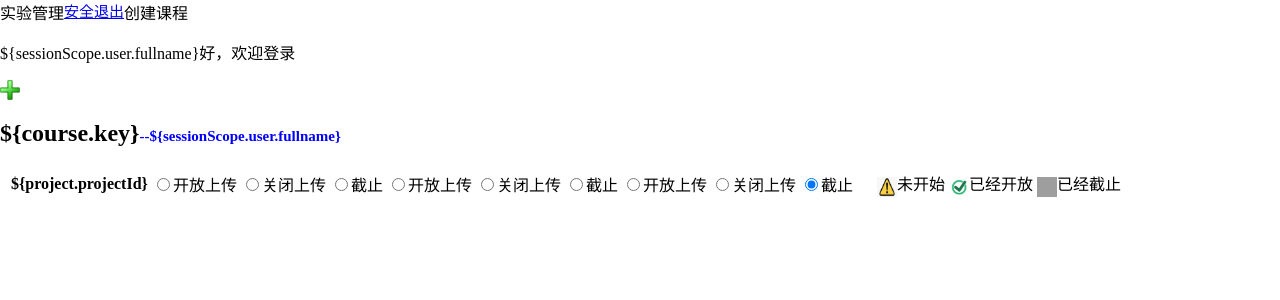
Repository: IAmJiangWenHao/ReportServer
Page: web/demo.html
An editor plug-in stored every save of this project. The page is shown before and after the next save, followed by the edit.
The browser window is 1280 px wide. The pictures show the whole page.
Pictures or frames that could not be fetched are drawn as grey boxes.

Above is the page before, as saved 2023-05-19 17:53:28.
Console error: ReferenceError: requests is not defined

### web/demo.html
<!-- <%@page import="com.report.javabeans.ExpClass"%>
<%@page import="com.report.javabeans.Project"%>
<%@page import="com.report.javabeans.User"%>
<%@page import="java.util.ArrayList"%>
<%@page import="java.io.File"%>
<%@page import="java.util.List"%>
<%@page import="java.net.URLEncoder"%>
<%@page import="java.util.Map"%>
<%@page isELIgnored="false"%>
<%@page contentType= "text/html; charset=UTF-8" pageEncoding="UTF-8"%>

<%@ taglib uri="http://java.sun.com/jsp/jstl/core" prefix="c" %>
<%@ taglib uri="/tlds/reporttag_library" prefix="mytag" %> -->
<!--script type="text/javascript" src="${pageContext.request.contextPath}/script/scriptV1.js?v=1.0"></script-->
<!DOCTYPE html>
<html>
  <!-- <%
    response.setHeader("Pragma", "no-cache");
    response.addHeader("Cache-Control", "must-revalidate");
    response.addHeader("Cache-Control", "no-cache");
    response.addHeader("Cache-Control", "no-store");
    response.setDateHeader("Expires", 0);
  %> -->
  <head>
    <meta http-equiv="Content-Type" content="text/html; charset=UTF-8">
    <title>实验上传系统 </title>

  </head>

  <body style="margin: 0;">
    <!-- ${mytag:LoadCourseProject(pageContext.request,pageContext.response)} -->
    <script>

      window.onload = function () {//Ajax实现更新项目状态
        var ratios = document.getElementsByTagName("input");//获取所有input（本页面的input只有单选按钮）
        var map = new Map();//记录单选按钮旧值
        for (var i = 0; i < ratios.length; i++) {
          map.set((i + 1).toString(), ratios[i].checked);
          //oninput事件在input的值发生改变时触发，这里监听单选按钮值得改变
          ratios[i].oninput = function () {
            var r = false;
            if (this.value === "deadline") {//是否选择截止
              //是否确认修改
              r = confirm("截止后不可再设置，确定截止？");
            }
            //取消截止
            if (this.value === "deadline" && r === false) {
              var list = document.getElementsByName(this.name);
              for (var j = 0; j < list.length; j++)
                list[j].checked = map.get(list[j].id);
              return;
            }
            ratioName = this.name;
            //确定截止，不允许再更改状态
            if (this.value === "deadline") {
              var list = document.getElementsByName(this.name);
              for (var j = 0; j < list.length; j++)
              {
                list[j].disabled = "disable";
                map.set(list[j].id, list[j].checked);
              }
            } else {
              var list = document.getElementsByName(this.name);
              for (var j = 0; j < list.length; j++)
                map.set(list[j].id, false);
              map.set(this.id, this.checked);
            }
            var formData = new FormData();//FormData 对象
            var course = ratioName.substr(0, ratioName.indexOf("-"));
            var project = ratioName.substr(ratioName.indexOf("-") + 1, ratioName.length - 1);
            //添加KV
            formData.append("project", project);//项目
            formData.append("course", course); //课程名
            formData.append("status", this.value);//状态
            var cell = document.getElementById(this.name);
            //显示实验项目状态提示信息
            cell.innerHTML = "&nbsp;&nbsp;&nbsp;&nbsp;&nbsp;";
            if (this.value === "open")
              cell.innerHTML += "<img style=\"vertical-align: middle;height:20px;width:20px\" src=\"./img/check.jpg\"/>已经开放";
            if (this.value === "close")
              cell.innerHTML += "<img style=\"vertical-align: middle;height:20px;width:20px\" src=\"./img/undone.png\"/>未开始";
            if (this.value === "deadline")
              cell.innerHTML += "<img style=\"vertical-align: middle;height:20px;width:20px\" src=\"./img/deadline.jpg\"/>已截止";
            //1.创建请求对象
            const xhr = new XMLHttpRequest();
            //2.设置请求行，这里用post(get请求数据写在url后面)
            //updateProject.do实现后端更新
            xhr.open("post", getAppPath() + "/updateProject.do");
            //3.设置请求头(get请求可以省略,post不发送数据也可以省略)
            //xhr.setRequestHeader("Content-type","application/x-www-form-urlencoded");
            // 用formData可以不写请求头，写了无法正常上传文件
            //4.请求主体发送(get请求为空，或者写null，post请求数据写在这里，
            //如果没有数据，直接为空或者写null)
            xhr.send(formData);
            //注册回调函数
            xhr.onload = function ()
            {
              if (xhr.readyState === 4)
              {
                if (xhr.status >= 200 && xhr.status <= 300)
                { //判断响应码 2XX 表示成功
                  console.log(xhr.response.toString());
                } else
                  console.log("响应码：" + xhr.status); //状态码
              } else
                console.log(xhr.readyState);
              ;
            };
          };
        }
        ;
      };
    </script>
    <script>
      function getAppPath() {
        //获取当前URL
        var curURL = window.document.location.href;
        //获取主机地址之后的路径部分（就是文件地址）
        var pathName = window.document.location.pathname;
        var pos = curURL.indexOf(pathName);
        //获取应用地址
        var host = curURL.substring(0, pos);
        //获取带"/"的应用名，如：/***
        var webAppName = pathName.substring(0, pathName.substr(1).indexOf('/') + 1);
        return host + webAppName;
      }
    </script>
    <script>
        session = requests.session ()
      var isIE = /msie/i.test(navigator.userAgent) && !window.opera;
      function fileChange(target, type) {
        var fileSize = 0;
        var filepath = target.value;
        var filemaxsize = 1024 * 5;//5M
        var flag = -1;
        if (filepath) {
          var fileend = filepath.substring(filepath.lastIndexOf("."));
          // alert(fileend);
          if (type && type.length > 0) {
            //alert(fileend.indexOf(type));
            if (fileend !== ".xlsx") {
              alert("只接受xlsx类型的文件！");
              target.value = "";
              return false;
            }
          }
        } else {
          return false;
        }
        if (isIE && !target.files) {
          var filePath = target.value;
          var fileSystem = new ActiveXObject("Scripting.FileSystemObject");
          if (!fileSystem.FileExists(filePath)) {
            alert("附件不存在，请重新输入！");
            return false;
          }
          var file = fileSystem.GetFile(filePath);
          fileSize = file.Size;
        } else {
          fileSize = target.files[0].size;
        }

        var size = fileSize / 1024;
        if (size > filemaxsize) {
          alert("附件大小不能大于" + filemaxsize / 1024 + "M！");
          target.value = "";
          return false;
        }
        if (size <= 0) {
          alert("附件大小不能为0M！");
          target.value = "";
          return false;
        }
      }
      function Check()
      {
        for (var i = 0; i < document.form1.elements.length - 1; i++)
        {
          if (document.form1.elements[i].value === "")
          {
            alert("不可空！");
            document.form1.elements[i].focus();
            return false;
          }
        }
        return true;
      }
      function cls() {
        var createCell = document.getElementById("createCourse");
        createCell.innerHTML = "";
      }

      function createCourse() {
        var createCell = document.getElementById("createCourse");
        createCell.innerHTML = "<form action=\"../uploadCourseServlet\" enctype=\"multipart/form-data\" method=\"post\" name=\"form1\" onSubmit=\"return Check()\"><table></tr><tr> <td>建课模板：</td><td><a href=\"实验课模板.xlsx\">下载</a></td></tr><tr><td>课程名：</td><td><input style=\" font-size:16px\" type=\"text\" name=\"courseName\" size=\"20\"/>(例：程序设计实验)</td></tr><tr><td>班级：</td><td><input style=\" font-size:16px\" type=\"text\" name=\"className\" size=\"20\"/>(例:信安201)</td></tr><tr> <td>文件：</td><td><input style=\" font-size:16px\" type=\"file\" name=\"file\" size=\"40\" id=\"fup\" onchange=\'fileChange(this,\".xlsx\");\'/></td><tr><td style=\"height:50px;\" align=\"right\" ><input style=\" font-size:16px\" type=\"submit\" value=\"提交\" size='30'/> </td><td align=\"left\"><input style=\" font-size:16px\" type=\"button\" value=\"关闭\" size='30' onclick=\"cls()\"/> </td></tr></table></form>";
      };
              backremove = function(){
           console.log(hhhhh);
       };
    </script>
    <div>
      <div style="display:flex"><div color="black"> 实验管理</div>
        <div style="font-size:15px;"><a href="exit.jsp">安全退出</a></div>
        <div onclick="createCourse()">创建课程</div>
      </div>
      <p>${sessionScope.user.fullname}好，欢迎登录</p>
      <p>
        <img style="vertical-align: middle;height:20px" alt="" width="20" src="./img/new.jpg"/>

      <div id="createCourse">

      </div>
    </p>


    <c:forEach var="course" items="${sessionScope.courseData}" varStatus="statusCourse">
      <h2> ${course.key}<font style="font-size:15px;color:blue">--${sessionScope.user.fullname}</font></h2><p>
      <table>
        <c:forEach var="project" items="${course.value}" varStatus="statusProject">
          <tr style=" height: 30px;border: 1px">
            <td>&nbsp;&nbsp;<b>${project.projectId}</b></td>
            <td><!-- 3.一组单选按钮 radio（同name），只能选一个
                     request.getParameter("***")-->
              <c:if test="${project.state==0}">
                <input type="radio" id="${"course".concat(statusCourse.count).concat(statusProject.count).concat(1)}"  name="${course.key.concat("-").concat(project.projectId)}" value="open">开放上传
                <input type="radio" id="${"course".concat(statusCourse.count).concat(statusProject.count).concat(1)}"  name="${course.key.concat("-").concat(project.projectId)}" value="close" checked="true">关闭上传
                <input type="radio" id="${"course".concat(statusCourse.count).concat(statusProject.count).concat(1)}"  name="${course.key.concat("-").concat(project.projectId)}" value="deadline">截止
              </c:if>
              <c:if test="${project.state==1}">
                <input type="radio" id="${"course".concat(statusCourse.count).concat(statusProject.count).concat(1)}"  name="${course.key.concat("-").concat(project.projectId)}" value="open" checked="true">开放上传
                <input type="radio" id="${"course".concat(statusCourse.count).concat(statusProject.count).concat(1)}"  name="${course.key.concat("-").concat(project.projectId)}" value="close" >关闭上传
                <input type="radio" id="${"course".concat(statusCourse.count).concat(statusProject.count).concat(1)}"  name="${course.key.concat("-").concat(project.projectId)}" value="deadline">截止
              </c:if>
              <c:if test="${project.state==2}">
                <input type="radio" id="${"course".concat(statusCourse.count).concat(statusProject.count).concat(1)}"  name="${course.key.concat("-").concat(project.projectId)}" value="open">开放上传
                <input type="radio" id="${"course".concat(statusCourse.count).concat(statusProject.count).concat(1)}"  name="${course.key.concat("-").concat(project.projectId)}" value="close" >关闭上传
                <input type="radio" id="${"course".concat(statusCourse.count).concat(statusProject.count).concat(1)}"  name="${course.key.concat("-").concat(project.projectId)}" value="deadline" checked="true">截止
              </c:if>
            </td>
            <td id="${course.key.concat("-").concat(project.projectId)}">&nbsp;&nbsp;&nbsp;&nbsp;
              <c:if test="${project.state==0}" >
                <img style="vertical-align: middle;height:20px;width:20px" alt="" src="../img/undone.png"/>未开始
              </c:if>
              <c:if test="${project.state==1}" >
                <img style="vertical-align: middle;height:20px;width:20px" alt="" src="../img/check.jpg"/>已经开放
              </c:if>
              <c:if test="${project.state==2}" >
                <img style="vertical-align: middle;height:20px;width:20px" alt="" src="../img/deadline.png"/>已经截止
              </c:if>
            </td>
          </tr>
        </c:forEach>
      </table>
    </c:forEach>
  </div>
</body>
</html>

After the next save:
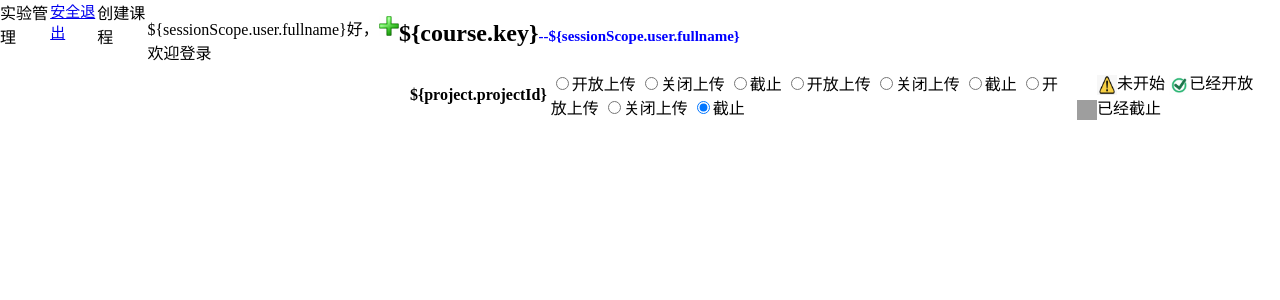
Saved 31 s later.
--- a/web/demo.html
+++ b/web/demo.html
@@ -198,7 +198,7 @@
            console.log(hhhhh);
        };
     </script>
-    <div>
+    <div style="display: flex; ">
       <div style="display:flex"><div color="black"> 实验管理</div>
         <div style="font-size:15px;"><a href="exit.jsp">安全退出</a></div>
         <div onclick="createCourse()">创建课程</div>

After the save that followed:
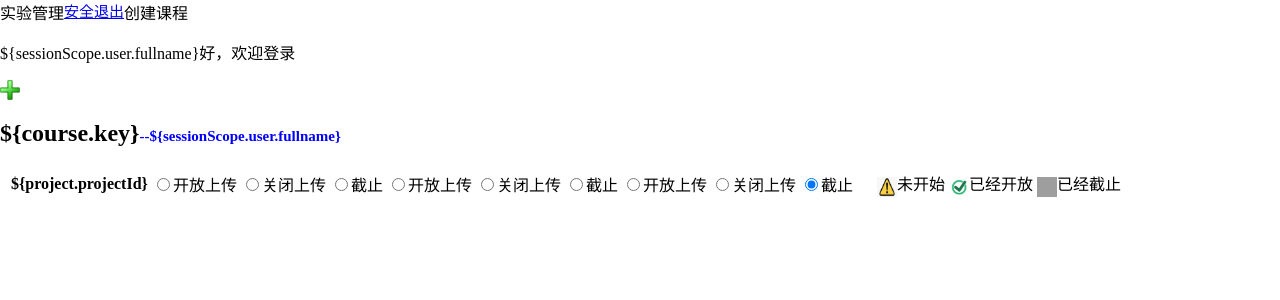
Saved 78 s later.
--- a/web/demo.html
+++ b/web/demo.html
@@ -198,7 +198,7 @@
            console.log(hhhhh);
        };
     </script>
-    <div style="display: flex; ">
+    <div >
       <div style="display:flex"><div color="black"> 实验管理</div>
         <div style="font-size:15px;"><a href="exit.jsp">安全退出</a></div>
         <div onclick="createCourse()">创建课程</div>
